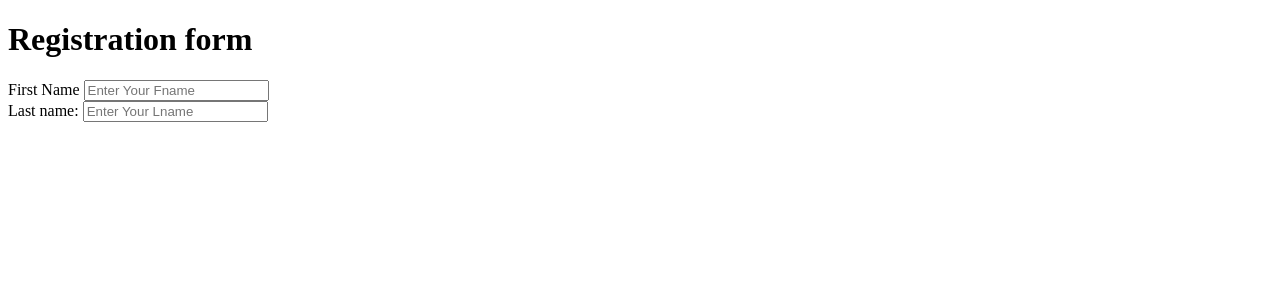
Repository: yuktavyas14/vscode
Page: index.html
These files come from the project's save history. The page is drawn as it stood at one moment and after the next save; the edit follows.
The browser window is 1280 px wide. The pictures show the whole page.

Above is the page before, as saved 2021-06-08 15:42:04.

### index.html
<!DOCTYPE html>
<html lang="en">
<head>
    <meta charset="UTF-8">
    <meta http-equiv="X-UA-Compatible" content="IE=edge">
    <meta name="viewport" content="width=device-width, initial-scale=1.0">
    <title>Form</title>
    <link rel="stylesheet" href="style.css">
</head>
<body>
    <h1>Registration form</h1>
    <form action="send.php">
        <label for="fname">First Name</label>
        <input type="text" placeholder="Enter Your Fname" required ><br>
        <label for="lname">Last name:</label>
        <input type="text" placeholder="Enter Your Lname" required ><br>
    </form>
</body>
</html>

Loaded but not shown: style.css (no stored copy; drawn as an empty file)

After the next save:
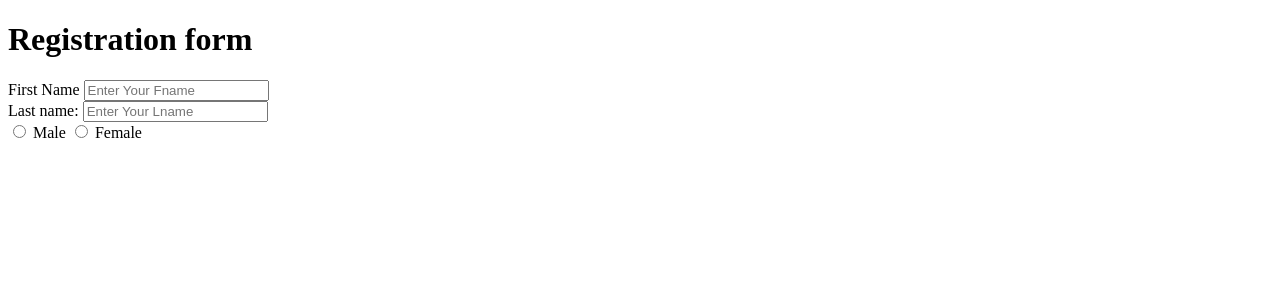
Saved 82 s later.
--- a/index.html
+++ b/index.html
@@ -14,6 +14,8 @@
         <input type="text" placeholder="Enter Your Fname" required ><br>
         <label for="lname">Last name:</label>
         <input type="text" placeholder="Enter Your Lname" required ><br>
+        <input type="radio" name="gender" required > Male
+        <input type="radio" name="gender" required > Female
     </form>
 </body>
 </html>
